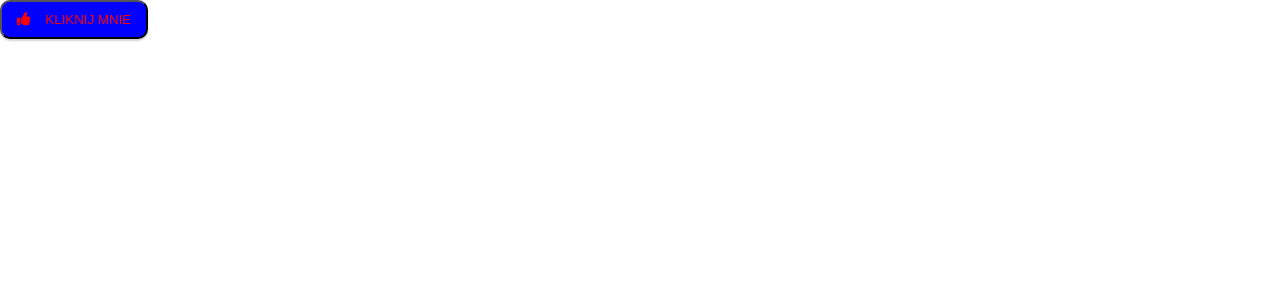
Repository: KrzysKolo/sr_tydzien3_zad_1_2_3
Page: /
These files come from the project's save history. The page is drawn as it stood at one moment and after the next save; the edit follows.
The browser window is 1280 px wide. The pictures show the whole page.
The project was rebuilt for these pictures with package versions that can differ from the ones it lists, and the page was loaded fresh each time. Also part of the build but not shown: src/App.css.

Above is the page before, as saved 2020-11-02 14:46:43.

### src/App.js
import React,  { Component } from 'react';
import Button from './Button';
import { FontAwesomeIcon } from '@fortawesome/react-fontawesome';
import { faThumbsUp } from "@fortawesome/free-solid-svg-icons";
import './App.css';


class App extends Component {
  state = {  }

  render() {

    return (
      <div>
        <Button label="kliknij mnie" color="red" bgColor="blue" icon={faThumbsUp}/>
      </div>
     );
  }
}

export default App;

### src/Button.js
import React from 'react';
import styled from 'styled-components';
import { FontAwesomeIcon } from '@fortawesome/react-fontawesome';
import { faAngellist } from '@fortawesome/free-brands-svg-icons';

const Button = ({label, color, bgColor, icon}) => {

    console.log(color);
    const Button = styled.button`
    padding: 10px 15px;
    border-radius: 10px;
    outline: 0;
    text-transform: uppercase;
    cursor: pointer;
    box-shadow: 0px 2px 2px lightgray;
    transition: ease background-color, color 0.3s;
    color: ${[color]};
    background-color: ${[bgColor]};
    &:hover {
        background-color: ${[color]};
        color: ${[bgColor]};
    }
    `;

    const styles = {
        paddingRight: 15,
    }
    Button.defaultProps = {
        bgColor: "#3f51b5",
        color: "#fffff",
        label: "Click me",
        icon: faAngellist,
    }
    return (

        <div>
            <Button ><FontAwesomeIcon style={styles} icon={icon}></FontAwesomeIcon>{label} </Button>
        </div>
     );
}

export default Button;

Loaded but not shown: public/index.html (common file); src/index.js (common file); src/index.css (common file)

After the next save:
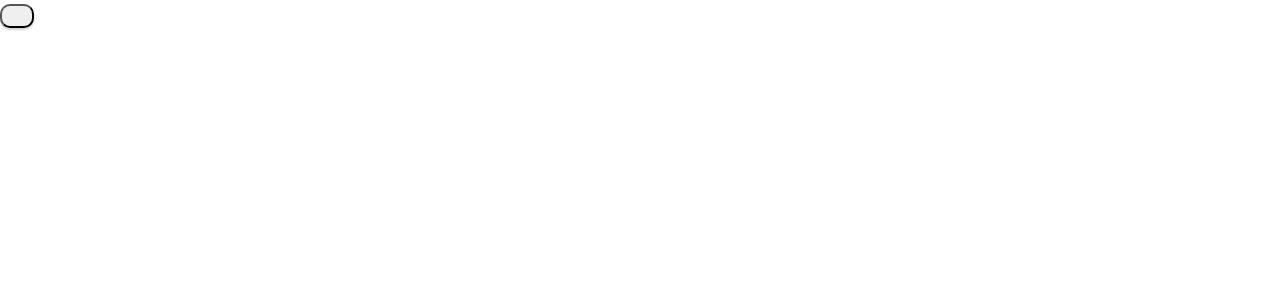
Saved 16 s later.
--- a/src/App.js
+++ b/src/App.js
@@ -12,7 +12,7 @@
 
     return (
       <div>
-        <Button label="kliknij mnie" color="red" bgColor="blue" icon={faThumbsUp}/>
+        <Button />
       </div>
      );
   }

After the 2 saves that followed:
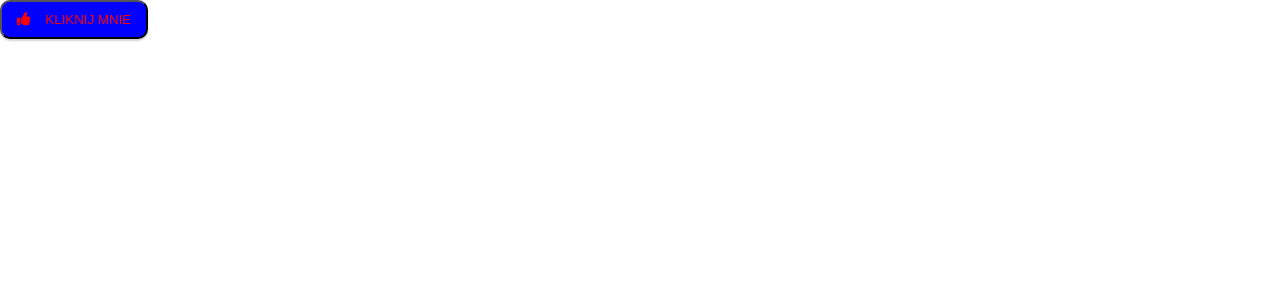
The 2 saves are shown as one change because 1 left the picture as it was.
The last was saved 66 s later.
--- a/src/App.js
+++ b/src/App.js
@@ -12,7 +12,7 @@
 
     return (
       <div>
-        <Button />
+        <Button label="kliknij mnie" color="red" bgColor="blue" icon={faThumbsUp}/>
       </div>
      );
   }
--- a/src/Button.js
+++ b/src/Button.js
@@ -25,6 +25,7 @@ const Button = ({label, color, bgColor, icon}) => {
     const styles = {
         paddingRight: 15,
     }
+
     Button.defaultProps = {
         bgColor: "#3f51b5",
         color: "#fffff",
